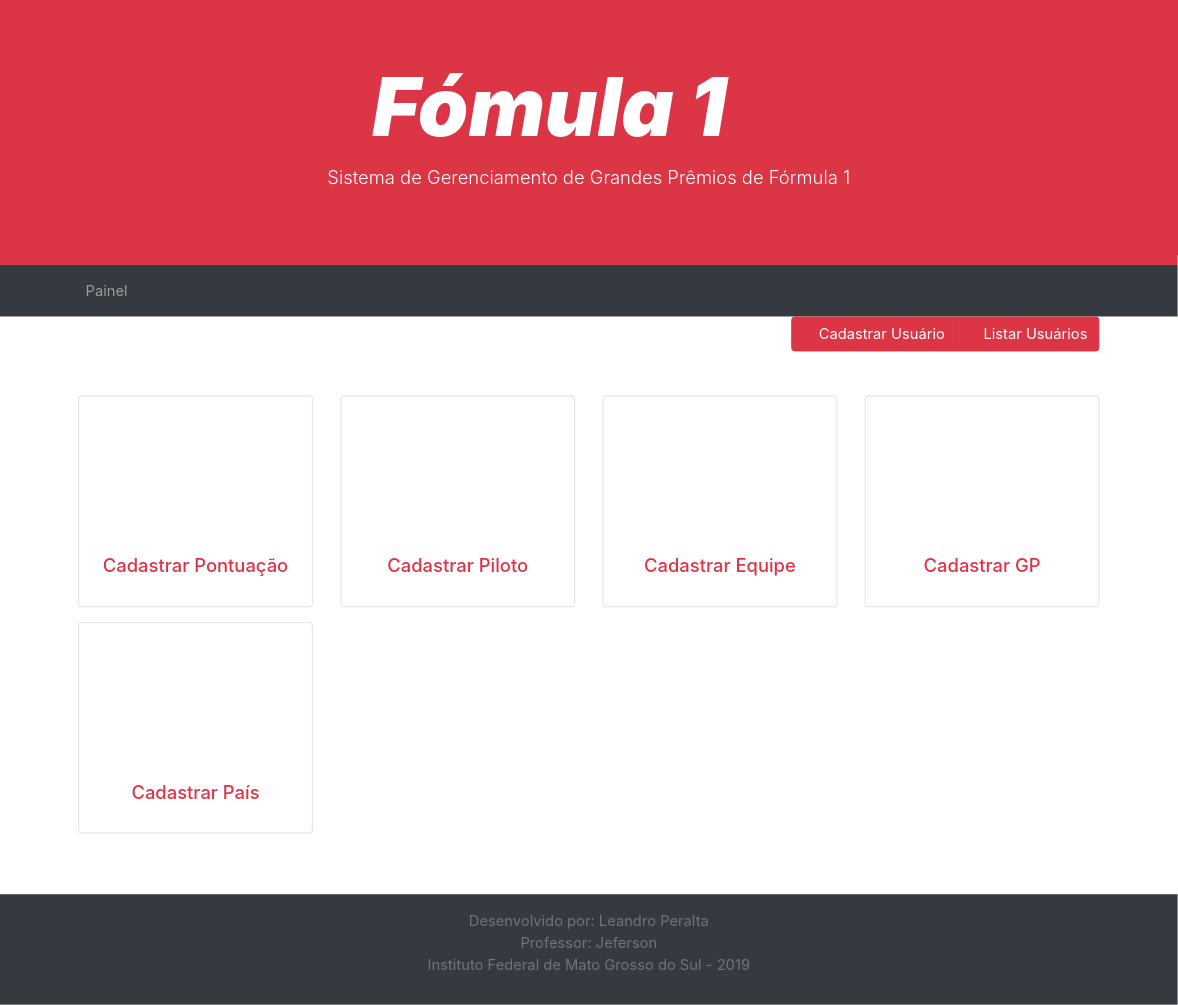
Repository: lperalta13/Formula1_Java
Page: formula1/WebContent/dashboard.html
The author's editor kept a copy of each file at every save. The page is drawn from the files as they stood at one save, then again after the next save.
The browser window is 1280 px wide. The pictures show the whole page, at 92% of full size.

Above is the page before, as saved 2019-12-11 21:15:16.

After the next save:
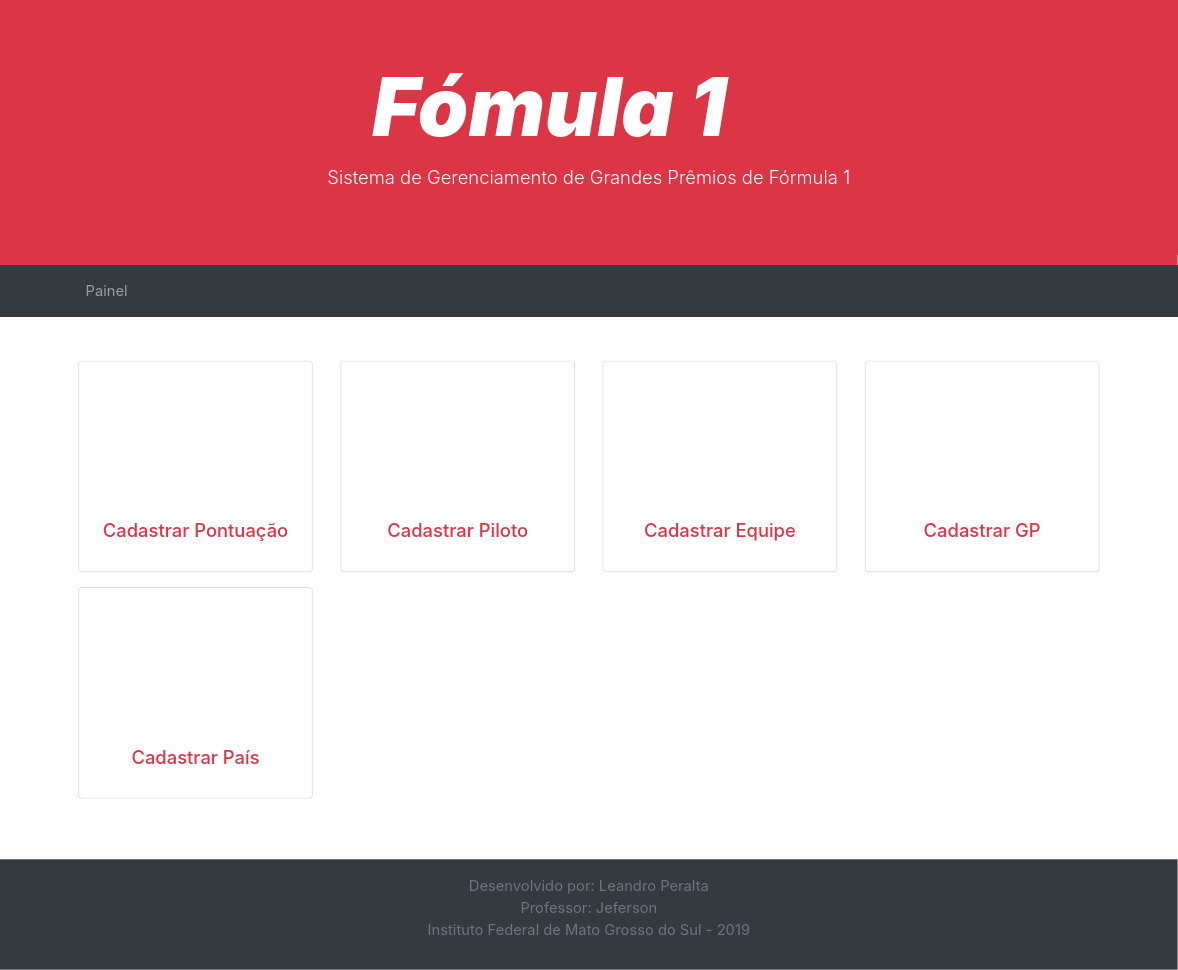
Saved 104 s later.
--- a/formula1/WebContent/dashboard.html
+++ b/formula1/WebContent/dashboard.html
@@ -41,10 +41,6 @@
 	<div class="container">
 		<div class="row mb-5">
 			<div class="col-md-12 text-right">
-				<div class="btn-group" role="group" aria-label="Usuários">
-					<a href="cadastrar-usuario.php" class="btn btn-danger"><i class="fas fa-user-plus"></i> Cadastrar Usuário</a>
-					<a href="listar-usuario.php" class="btn btn-danger"><i class="fas fa-users"></i> Listar Usuários</a>
-				</div>
 			</div>
 		</div>
 		<div class="row">
